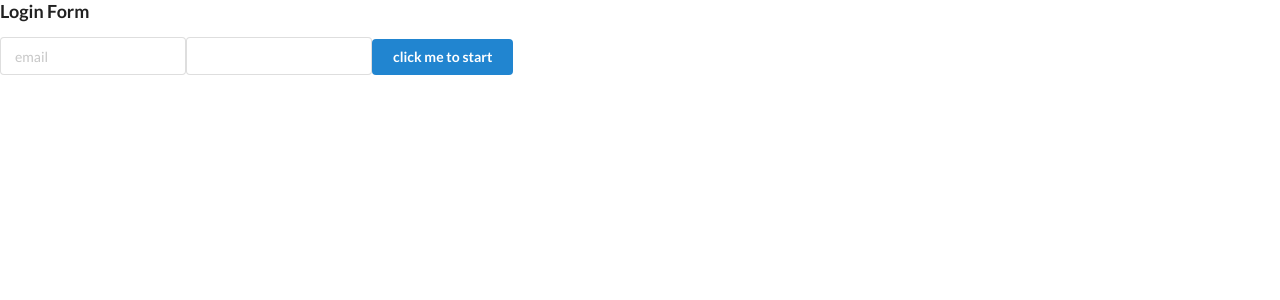
Repository: ZahirA1i/form-using-next
Page: /
An editor plug-in stored every save of this project. The page is shown before and after the next save, followed by the edit.
The browser window is 1280 px wide. The pictures show the whole page.
The project was rebuilt for these pictures with package versions that can differ from the ones it lists, and the page was loaded fresh each time. The framework's server and built-in components were replaced by stand-ins that run in the browser. Also part of the build but not shown: next.config.js.

Above is the page before, as saved 2022-09-28 13:18:08.

### pages/_app.js
//import '../styles/globals.css'
import 'semantic-ui-css/semantic.min.css';

function MyApp({ Component, pageProps }) {
  return <Component {...pageProps} />
}

export default MyApp

### pages/index.js
import { Button, Loader } from 'semantic-ui-react';
import LoginForm from '../components';

import { useRouter } from 'next/router';
import { useState } from 'react';

export default function Home() {
  //before, during and after

  const [loginState, setLoginState] = useState("before");
  //var c = "blue";
  const r = useRouter();
  //var button_next = "click me to start";




  //const HandleButton = () => {
    //if (loginState === "before") {
      //setLoginState("during");
    //}
    //if (loginState === "during") {
      //setLoginState("after");
    //}
    //if (loginState === "after") {
     // r.push("/dashboard");
   // }
  //}


  const Login = async () => {
    setLoginState("during");
    await new Promise(resolve => setTimeout(resolve, 2000));

    setLoginState("after");
    await new Promise(resolve => setTimeout(resolve, 2000));

    r.push("/dashboard");
  }

  return (
    <div>
    <LoginForm
    loginState={loginState}
    onLoginClick={()=>Login()}
    />
    </div>


  )
}

### components/index.js
import { Button, Loader, Input } from 'semantic-ui-react';

export default function LoginForm({
    loginState = "before",
    onLoginClick =() => {}

}) {
    var c = "blue";
    var button_next = "click me to start";


    if (loginState === "before") {
        c = "blue";
    }

    if (loginState === "during") {
        c = "green";
        button_next = "loading";
    }

    if (loginState === "after") {
        c = "grey";
        button_next = "logged in";
    }

    return <div>
        <h3>Login Form</h3>
    <Input placeholder="email"/>
    <Input placegolder="password"/>
        <Button
            color={c}
            onClick={onLoginClick}>
            {button_next}
            {loginState === "during" && <Loader active />}
        </Button>
    </div>
}

After the next save:
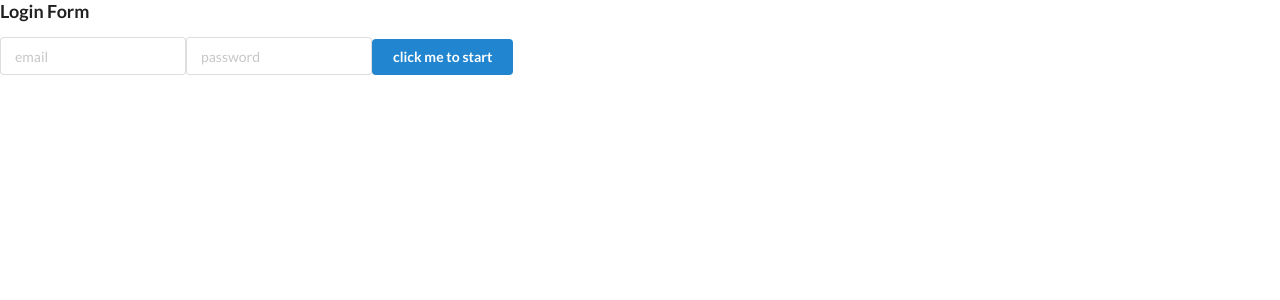
Saved 60 s later.
--- a/components/index.js
+++ b/components/index.js
@@ -26,7 +26,7 @@ export default function LoginForm({
     return <div>
         <h3>Login Form</h3>
     <Input placeholder="email"/>
-    <Input placegolder="password"/>
+    <Input placeholder="password"/>
         <Button
             color={c}
             onClick={onLoginClick}>
